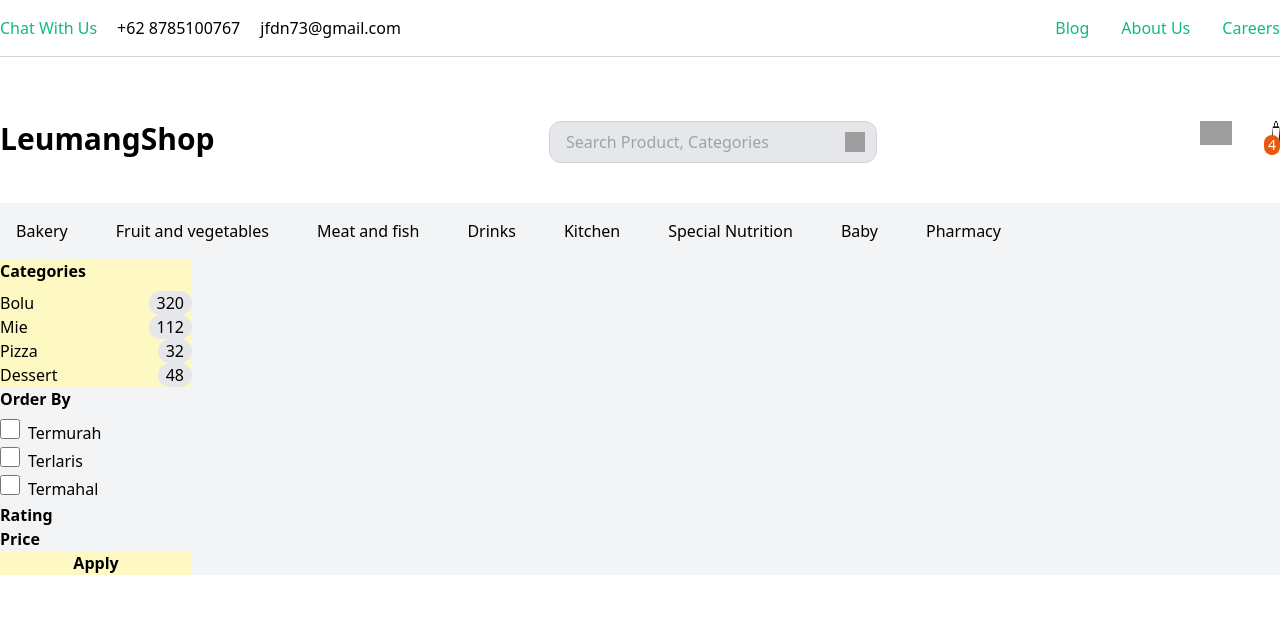
Repository: jafetdn73/ecommerce-tailwind
Page: /
These files come from the project's save history. The page is drawn as it stood at one moment and after the next save; the edit follows.
The browser window is 1280 px wide. The pictures show the whole page.
Pictures or frames that could not be fetched are drawn as grey boxes. The project was rebuilt for these pictures with package versions that can differ from the ones it lists, and the page was loaded fresh each time. Also part of the build but not shown: src/App.css.

Above is the page before, as saved 2022-03-13 13:05:03.

### src/App.js
import "./App.css";

function App() {
  return (
    <div className="bg-white container mx-auto">
      <div className="flex justify-between py-4 border-b border-gray-300">
        <div className="flex gap-5">
          <a href="http://google.com" className="text-emerald-500">
            Chat With Us
          </a>
          <a href="http://facebook.com">+62 8785100767</a>
          <a href="http://ggogl.com">jfdn73@gmail.com</a>
        </div>

        <div className="">
          <ul className="flex gap-8 text-emerald-500">
            <li>Blog</li>
            <li>About Us</li>
            <li>Careers</li>
          </ul>
        </div>
      </div>

      <div className="flex justify-between mt-16">
        <h1 className="text-3xl font-bold">LeumangShop</h1>
        <div className="flex w-full justify-center items-center">
          <input
            type="text"
            placeholder="Search Product, Categories"
            className="w-1/3 border border-gray-300 bg-gray-200 rounded-xl pl-4 py-2"
          />
          <img src="/images/search-icon.png" alt="search" className="w-5 h-5 -ml-8"/>
        </div>
        <div className="flex gap-10">
          <img src="/images/user-icon.png" alt="user" className="w-8 h-6"/>
          <div className="relative">
            <img src="/images/cart-icon.png" alt="icon" className="w-8 h-6"/>
            <label className="absolute bottom-2 -left-2 bg-orange-600 text-white py-0.25 px-1 rounded-full text-sm">4</label>
          </div>
        </div>
      </div>

      <div className="bg-gray-100 mt-10 py-4 pl-4 text-base font-medium">
        <ul className="flex gap-12">
          <li>Bakery</li>
          <li>Fruit and vegetables</li>
          <li>Meat and fish</li>
          <li>Drinks</li>
          <li>Kitchen</li>
          <li>Special Nutrition</li>
          <li>Baby</li>
          <li>Pharmacy</li>
        </ul>
        </div>

      <div className="bg-gray-100">
        <div className="flex flex-col w-48 bg-yellow-100" >
          <div className="flex flex-col">
            <h1 className="font-bold text-base mb-2">Categories</h1>
            <ul>
              <div className="flex justify-between">
                <li>Bolu</li><label className="bg-gray-200 pl-2 pr-2 rounded-xl">320</label>
              </div>
              <div className="flex justify-between">
                <li>Mie</li><label className="bg-gray-200 pl-2 pr-2 rounded-xl">112</label>
              </div>
              <div className="flex justify-between">
                <li>Pizza</li><label className="bg-gray-200 pl-2 pr-2 rounded-xl">32</label>
              </div>
              <div className="flex justify-between">
                <li>Dessert</li><label className="bg-gray-200 pl-2 pr-2 rounded-xl">48</label>
              </div>
            </ul>
          </div>
          <div className="bg-gray-100 flex flex-col">
            <h1 className="font-bold mb-2">Order By</h1>
           <div >
             <input type="checkbox" className="checked:bg-lime-600 w-5 h-5 mr-2 mb-2">
               </input
               ><label className="orm-check-label">Termurah</label>
          </div>
          <div>
            <input type="checkbox"  className="bg-lime-600 w-5 h-5 mr-2 mb-2"></input><label>Terlaris</label>
          </div>
          <div>
            <input type="checkbox"  className="bg-lime-600 w-5 h-5 mr-2 mb-2"></input><label>Termahal</label>
          </div>

          </div>
          <div className="bg-gray-100">
          <h1 className="font-bold">Rating</h1>
          </div>
          <div className="bg-gray-100">
          <h1 className="font-bold">Price</h1>
          </div>
          <button className="font-bold">Apply</button>
        </div>
        <div className="bg-gray-100">
          <div className="bg-yellow-100">
          </div>
        </div>
      </div>



    </div>
  );
}

export default App;

Loaded but not shown: public/index.html (common file); src/index.js (common file); src/index.css (common file); src/reportWebVitals.js (common file); tailwind.config.js (common file)

After the next save:
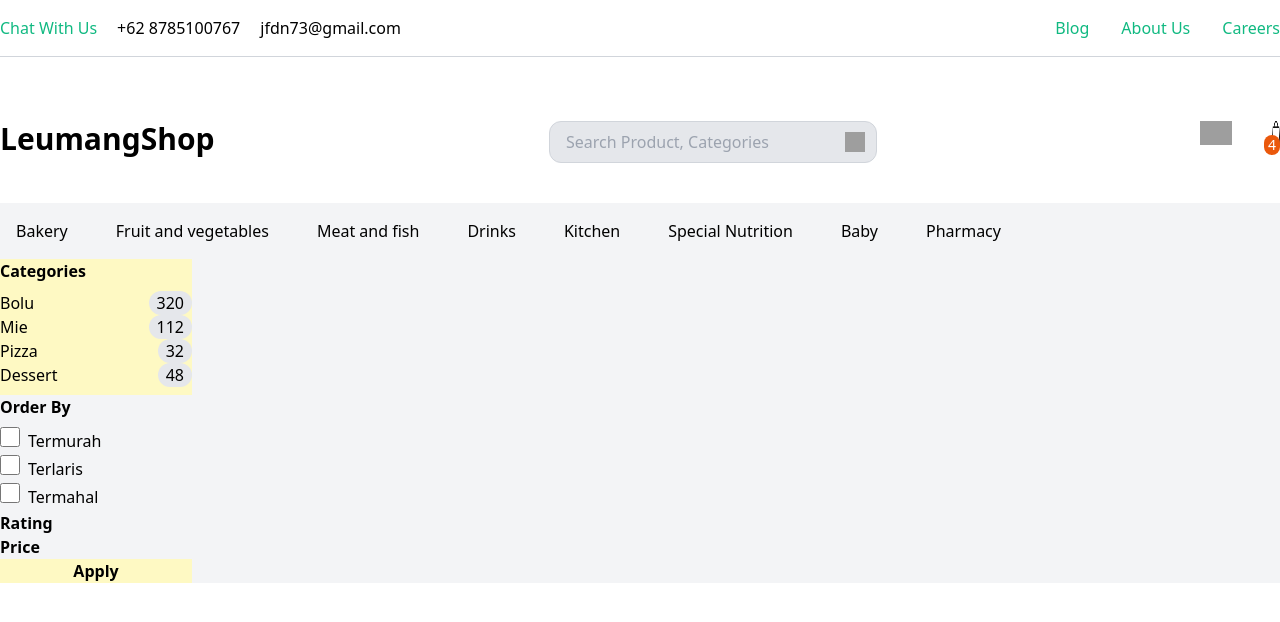
Saved 67 s later.
--- a/src/App.js
+++ b/src/App.js
@@ -57,7 +57,7 @@
         <div className="flex flex-col w-48 bg-yellow-100" >
           <div className="flex flex-col">
             <h1 className="font-bold text-base mb-2">Categories</h1>
-            <ul>
+            <ul className="mb-2">
               <div className="flex justify-between">
                 <li>Bolu</li><label className="bg-gray-200 pl-2 pr-2 rounded-xl">320</label>
               </div>

After the save that followed:
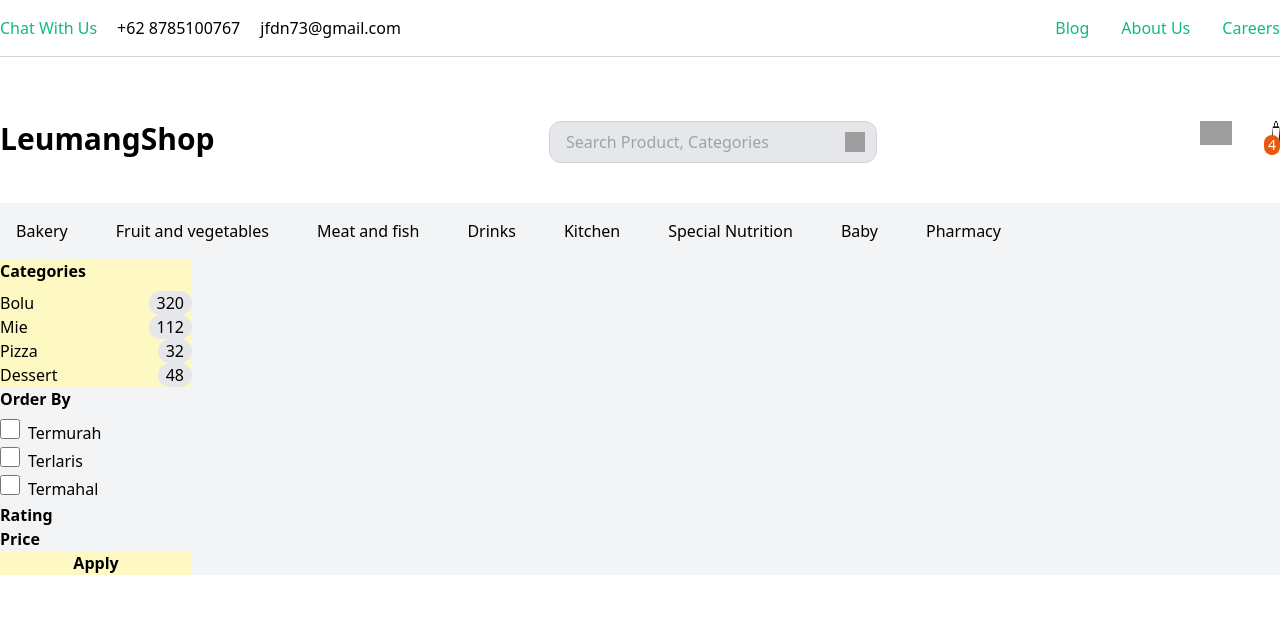
Saved 18 s later.
--- a/src/App.js
+++ b/src/App.js
@@ -57,7 +57,7 @@
         <div className="flex flex-col w-48 bg-yellow-100" >
           <div className="flex flex-col">
             <h1 className="font-bold text-base mb-2">Categories</h1>
-            <ul className="mb-2">
+            <ul>
               <div className="flex justify-between">
                 <li>Bolu</li><label className="bg-gray-200 pl-2 pr-2 rounded-xl">320</label>
               </div>
